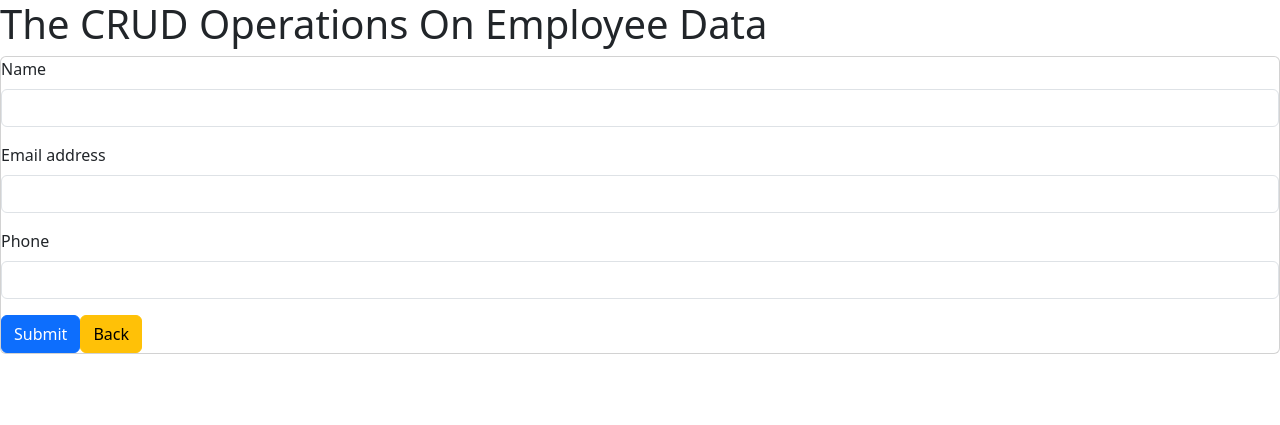
Repository: suraj-yadav7/CRUD_Emp_Data
Page: /employee/create
These files come from the project's save history. The page is drawn as it stood at one moment and after the next save; the edit follows.
The browser window is 1280 px wide. The pictures show the whole page.
The project was rebuilt for these pictures with package versions that can differ from the ones it lists, and the page was loaded fresh each time. Also part of the build but not shown: src/App.css, src/components/EmpDetails.jsx, src/components/EmpEdit.jsx, src/components/Employee.jsx.

Above is the page before, as saved 2023-06-11 11:44:41.

### src/index.js
import React from 'react';
import ReactDOM from 'react-dom/client';
import './index.css';
import App from './App';
import "../node_modules/bootstrap/dist/css/bootstrap.min.css"

const root = ReactDOM.createRoot(document.getElementById('root'));
root.render(
  <React.StrictMode>
    <App />
  </React.StrictMode>
);

### src/App.js
import './App.css';
import EmpCreate from './components/EmpCreate';
import EmpDetails from './components/EmpDetails';
import EmpEdit from './components/EmpEdit';
import Employee from './components/Employee';
import { BrowserRouter as Router, Routes, Route } from 'react-router-dom';
function App() {
  return (
    <>
    <h1>The CRUD Operations On Employee Data</h1>
    <Router>

    <Routes>
      <Route exact path='/'  element={ <Employee />} />
      <Route exact path='/employee/create/'  element={<EmpCreate/>} />
      <Route exact path='/employee/edit/id'  element={<EmpEdit/>} />
      <Route exact path='/employee/details/id'  element={<EmpDetails/>} />
      <Route exact path='/*'  element={<h1>Page Not Found</h1>} />
    </Routes>
    </Router>

    </>
  );
}

export default App;

### src/components/EmpCreate.jsx
import React from 'react'

const EmpCreate = () => {
    return (
        <>
        <div className='card'>

            <form>
            <div className="mb-3">
                    <label for="exampleInputText1" className="form-label">Name</label>
                    <input type="text" className="form-control" id="exampleInputText1" aria-describedby="emailHelp"/>
                </div>
                <div className="mb-3">
                    <label for="exampleInputEmail1" className="form-label">Email address</label>
                    <input type="email" className="form-control" id="exampleInputEmail1" aria-describedby="emailHelp"/>
                </div>
                <div className="mb-3">
                    <label for="exampleInputNumber1" className="form-label">Phone</label>
                    <input type="number" className="form-control" id="exampleInputNumber1"/>
                </div>
                <button type="submit" className="btn btn-primary">Submit</button>
                <button  className="btn btn-warning">Back</button>
            </form>
        </div>
        </>
    )
}

export default EmpCreate

Loaded but not shown: public/index.html (common file); src/index.css (common file)

After the next save:
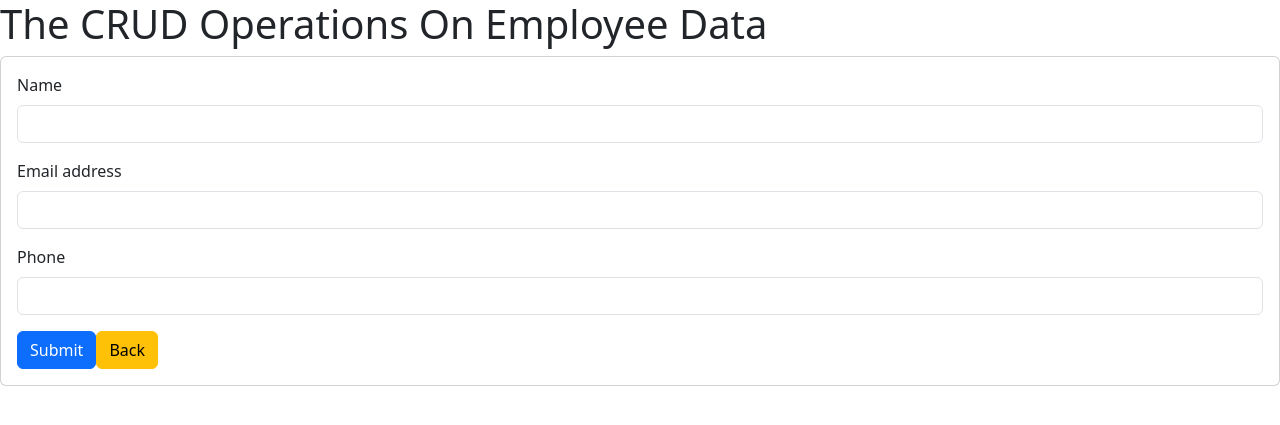
Saved 23 s later.
--- a/src/components/EmpCreate.jsx
+++ b/src/components/EmpCreate.jsx
@@ -4,6 +4,7 @@ const EmpCreate = () => {
     return (
         <>
         <div className='card'>
+            <div className='card-body'>
 
             <form>
             <div className="mb-3">
@@ -21,6 +22,7 @@ const EmpCreate = () => {
                 <button type="submit" className="btn btn-primary">Submit</button>
                 <button  className="btn btn-warning">Back</button>
             </form>
+            </div>
         </div>
         </>
     )
